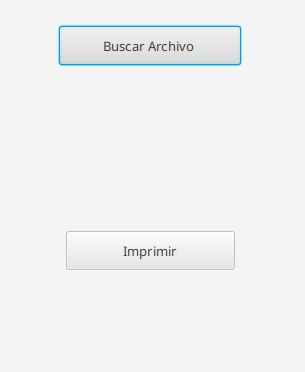
Repository: Johan2809/ImpresoraTest
Program's window: java ws/Impresora/src/application/Aplicacion.java
These files come from the project's save history. The program's window is drawn as it stood at one moment and after the next save; the edit follows.
It runs on Java 21 on a 1366 x 768 screen with JavaFX 11; the title bar is not drawn.

Above is the program's window before, as saved 2023-04-17 03:24:56.

### ws/Impresora/src/application/Aplicacion.java
package application;

import controllers.VentanaImpresionController;
import javafx.application.Application;
import javafx.fxml.FXMLLoader;
import javafx.scene.Scene;
import javafx.scene.layout.AnchorPane;
import javafx.stage.Stage;

public class Aplicacion extends Application {

	private Stage primaryStage; // Añadir una variable para almacenar la referencia a la ventana principal

	@Override
	public void start(Stage primaryStage) {
		this.primaryStage = primaryStage; // Asignar la referencia a la ventana principal a la variable

		try {
			FXMLLoader loader = new FXMLLoader();
			loader.setLocation(getClass().getResource("/views/VentanaImpresionView.fxml"));
			AnchorPane anchorPane = (AnchorPane) loader.load();
			VentanaImpresionController ventanaImpresionController = loader.getController();
			ventanaImpresionController.setAplicacion(this);

			Scene scene = new Scene(anchorPane);
			primaryStage.setTitle("Ventana de Impresion");
			primaryStage.setScene(scene);
			primaryStage.show();
		} catch (Exception e) {
			e.printStackTrace();
		}
	}

	public static void main(String[] args) {
		launch(args);
	}

	// Implementar el método getPrimaryStage() para devolver la referencia a la ventana principal
	public Stage getPrimaryStage() {
		return primaryStage;
	}

}

### ws/Impresora/src/controllers/VentanaImpresionController.java
package controllers;

import application.Aplicacion;
import javafx.embed.swing.SwingFXUtils;
import javafx.event.ActionEvent;
import javafx.fxml.FXML;
import javafx.scene.control.Button;
import javafx.stage.FileChooser;
import javafx.scene.control.Label;
import javafx.scene.image.Image;
import javafx.scene.image.ImageView;
import javafx.scene.layout.VBox;

import javax.imageio.ImageIO;
import javax.swing.*;
import java.awt.image.BufferedImage;
import java.io.File;
import java.io.IOException;

public class VentanaImpresionController {

    @FXML
    private Button btnImprimir;

    @FXML
    private Button btnBuscar;

    private Aplicacion aplicacion;

    @FXML
    private Label lblArchivoSeleccionado;

    @FXML
    private ImageView imageView;

    @FXML
    void BuscarArchivo(ActionEvent event) {
        FileChooser fileChooser = new FileChooser();
        File archivoSeleccionado = fileChooser.showOpenDialog(aplicacion.getPrimaryStage());

        if (archivoSeleccionado != null) {
            lblArchivoSeleccionado.setText("Archivo seleccionado: " + archivoSeleccionado.getAbsolutePath());
            Image imagen = new Image(archivoSeleccionado.toURI().toString());
            ImageView imageView = new ImageView(imagen);
            imageView.setImage(imagen); // Corrección: actualizar la variable de instancia imageView
        }
    }


    @FXML
    void mostrarVistaPrevia(ActionEvent event) {
        String archivoSeleccionado = lblArchivoSeleccionado.getText().replace("Archivo seleccionado: ", "");
        if (!archivoSeleccionado.isEmpty()) {
            File file = new File(archivoSeleccionado);
            if (file.exists()) {
                BufferedImage bufferedImage;
                try {
                    bufferedImage = ImageIO.read(file);
                    Image imagen = SwingFXUtils.toFXImage(bufferedImage, null);
                    ImageView imageView = new ImageView(imagen);
                    imageView.setImage(imagen); // Corrección: actualizar la variable de instancia imageView
                    imageView.setFitWidth(200);
                    imageView.setFitHeight(200);
                    imageView.setPreserveRatio(true);
                } catch (IOException e) {
                    e.printStackTrace();
                }
            } else {
                JOptionPane.showMessageDialog(null, "El archivo seleccionado no existe.");
            }
        } else {
            JOptionPane.showMessageDialog(null, "No se ha seleccionado ningún archivo.");
        }
    }


    @FXML
    void ImprimirArchivo(ActionEvent event) {
        String archivoSeleccionado = lblArchivoSeleccionado.getText().replace("Archivo seleccionado: ", "");
        // Implementar la lógica para imprimir el archivo seleccionado
        if (!archivoSeleccionado.isEmpty()) {
            JOptionPane.showMessageDialog(null, "Imprimiendo");
        }
    }

    public void setAplicacion(Aplicacion aplicacion) {
        this.aplicacion = aplicacion;
    }
}

### ws/Impresora/src/views/VentanaImpresionView.fxml
<?xml version="1.0" encoding="UTF-8"?>

<?import javafx.scene.image.*?>
<?import javafx.scene.control.*?>
<?import java.lang.*?>
<?import javafx.scene.layout.*?>
<?import javafx.scene.layout.AnchorPane?>

<AnchorPane prefHeight="372.0" prefWidth="300.0" xmlns="http://javafx.com/javafx/8" xmlns:fx="http://javafx.com/fxml/1" fx:controller="controllers.VentanaImpresionController">
   <children>
      <Button fx:id="btnBuscar" layoutX="59.0" layoutY="26.0" mnemonicParsing="false" onAction="#BuscarArchivo" prefHeight="39.0" prefWidth="182.0" text="Buscar Archivo " />
      <Button fx:id="btnImprimir" layoutX="66.0" layoutY="231.0" mnemonicParsing="false" onAction="#ImprimirArchivo" prefHeight="39.0" prefWidth="169.0" text="Imprimir" />
      <Label fx:id="lblArchivoSeleccionado" layoutX="12.0" layoutY="65.0" prefHeight="48.0" prefWidth="293.0" />
   </children>
</AnchorPane>

After the next save:
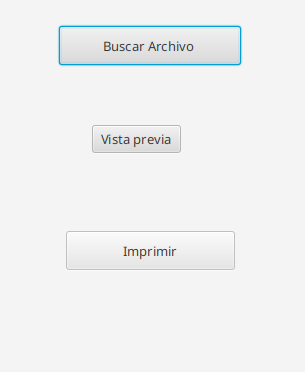
Saved 8 min 21 s later.
--- a/ws/Impresora/src/views/VentanaImpresionView.fxml
+++ b/ws/Impresora/src/views/VentanaImpresionView.fxml
@@ -11,5 +11,7 @@
       <Button fx:id="btnBuscar" layoutX="59.0" layoutY="26.0" mnemonicParsing="false" onAction="#BuscarArchivo" prefHeight="39.0" prefWidth="182.0" text="Buscar Archivo " />
       <Button fx:id="btnImprimir" layoutX="66.0" layoutY="231.0" mnemonicParsing="false" onAction="#ImprimirArchivo" prefHeight="39.0" prefWidth="169.0" text="Imprimir" />
       <Label fx:id="lblArchivoSeleccionado" layoutX="12.0" layoutY="65.0" prefHeight="48.0" prefWidth="293.0" />
+      <Button fx:id="btnVistaPrevia" layoutX="92.0" layoutY="125.0" onAction="#mostrarVistaPrevia" text="Vista previa" />
+
    </children>
 </AnchorPane>
